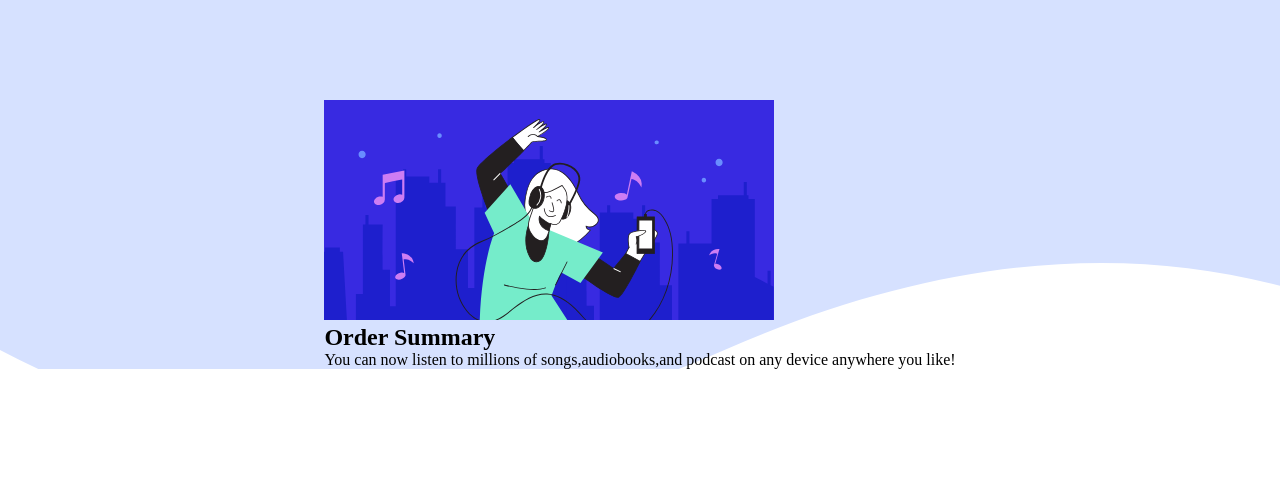
Repository: Eugene44-hub/newbie-project
Page: index.html
These files come from the project's save history. The page is drawn as it stood at one moment and after the next save; the edit follows.
The browser window is 1280 px wide. The pictures show the whole page.

Above is the page before, as saved 2021-08-29 02:17:10.

After the next save:
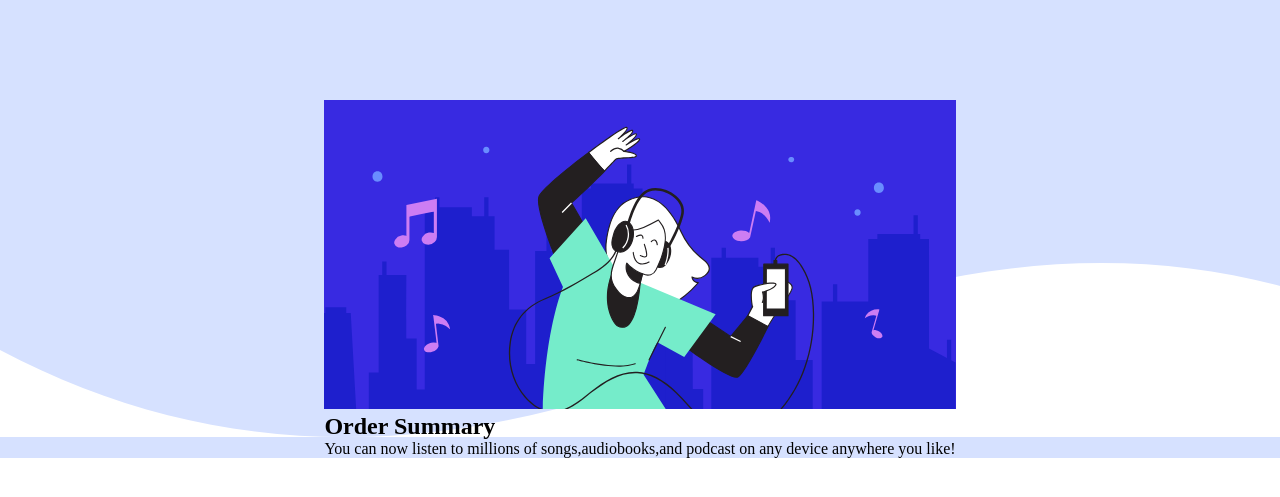
Saved 8 s later.
--- a/style.css
+++ b/style.css
@@ -14,6 +14,8 @@
     padding-top: 100px;
 }
 
-img {}
+img {
+    width: 100%;
+}
 
 .card {}
